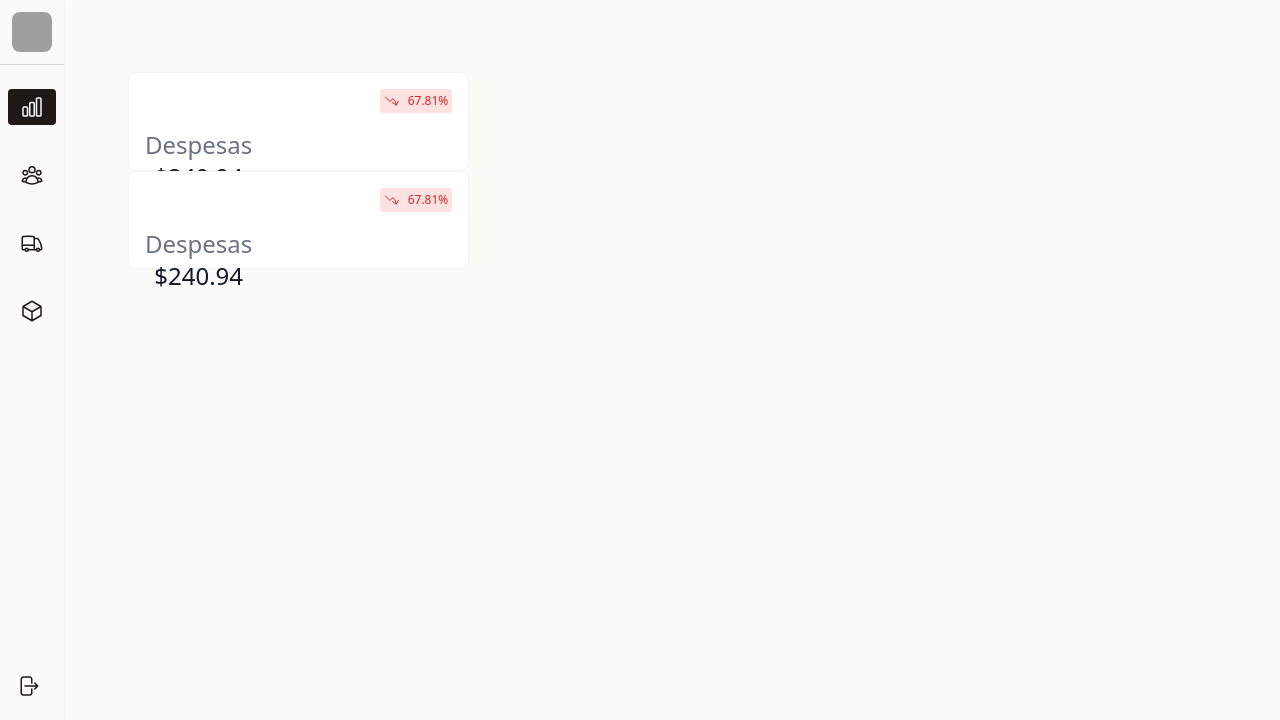
Repository: XavierOtavio/Cuzinhas
Page: /dashboard
The author's editor kept a copy of each file at every save. The page is drawn from the files as they stood at one save, then again after a run of saves.
The browser window is 1280 px wide. The pictures show the whole page.
Pictures or frames that could not be fetched are drawn as grey boxes. The project was rebuilt for these pictures with package versions that can differ from the ones it lists, and the page was loaded fresh each time. Also part of the build but not shown: src/components/Orders.js, src/components/Employees.js, src/components/Login.js, src/components/Register.js, src/components/Home.js, src/components/Logotipo.js, src/components/Header.js, src/components/Footer.js and 1 more.

Above is the page before, as saved 2023-03-08 18:39:44.

### src/App.js
import { Route, Routes } from "react-router-dom";
import LayoutBackend from "./components/LayoutBackend";
import Dashboard from "./components/Dashboard";
import Orders from "./components/Orders";
import Employees from "./components/Employees";
import Login from "./components/Login";
import Register from "./components/Register";
import Home from "./components/Home";
import LayoutFront from "./components/LayoutFront";

function App() {
  return (
    <div className="App">
      <Routes>
        <Route path="/dashboard" element={<LayoutBackend />}>
          <Route path="" element={<Dashboard />} />
          <Route path="orders" element={<Orders />} />
          <Route path="employees" element={<Employees />} />
        </Route>
        <Route path="" element={<LayoutFront />}>
          <Route path="/" element={<Home />} />
        </Route>
        <Route path="/login" element={<Login />} />
        <Route path="/register" element={<Register />} />
      </Routes>
    </div>
  );
}

export default App;

### src/components/LayoutBackend.js
import React from "react";
import SideBar from "./SideBar";
import { Outlet } from "react-router-dom";

export default function LayoutBackend() {
  return (
    <>
      <div className="absolute h-screen w-screen">
        <SideBar />
        <div className="relative flex h-full items-center justify-center bg-stone-50">
          <Outlet />
        </div>
      </div>
    </>
  );
}

### src/components/Dashboard.js
import React from "react";
import {
  ArrowTrendingUpIcon,
  ArrowTrendingDownIcon,
} from "@heroicons/react/24/outline";

export default function Dashboard() {
  return (
    <div className="absolute inset-0 mx-32 my-16 grid grid-cols-12 grid-rows-6">
      <div className="row-start-1 row-end-2 col-start-1 col-end-5">
        <button class="flex flex-col gap-4 rounded-lg border border-gray-100 bg-white w-full h-full my-2 p-4">
          <div class="inline-flex gap-2 self-end rounded bg-red-100 p-1 text-red-600">
            <ArrowTrendingDownIcon className="h-4 w-4" />
            <span class="text-xs font-medium"> 67.81% </span>
          </div>
          <div>
            <strong class="block text-left text-2xl font-medium text-gray-500">
              Despesas
            </strong>
            <p>
              <span class="text-2xl font-medium text-gray-900"> $240.94 </span>
            </p>
          </div>
        </button>
      </div>
      <div className="row-start-2 row-end-2 col-start-1 col-end-5">
        <button class="flex flex-col gap-4 rounded-lg border border-gray-100 bg-white w-full h-full my-2 p-4">
          <div class="inline-flex gap-2 self-end rounded bg-red-100 p-1 text-red-600">
            <ArrowTrendingDownIcon className="h-4 w-4" />
            <span class="text-xs font-medium"> 67.81% </span>
          </div>
          <div>
            <strong class="block text-left text-2xl font-medium text-gray-500">
              Despesas
            </strong>
            <p>
              <span class="text-2xl font-medium text-gray-900"> $240.94 </span>
            </p>
          </div>
        </button>
      </div>
    </div>
  );
}

### src/components/SideBar.js
import React from "react";
import { Link, useLocation } from "react-router-dom";
import {
  ArrowRightOnRectangleIcon,
  ChartBarIcon,
  CubeIcon,
  TruckIcon,
  UserGroupIcon,
} from "@heroicons/react/24/outline";

export default function SideBar() {
  const location = useLocation();
  return (
    <div className="absolute inset-y-0 left-0 z-10 w-16 shadow-sm bg-stone-50">
      <div>
        <div className="inline-flex h-16 w-16 items-center justify-center">
          <Link
            to="/profile"
            className="group relative flex justify-center rounded"
          >
            <img
              alt="user"
              className="rounded-lg h-10 w-10"
              src="https://cdn.discordapp.com/attachments/1082425024104894666/1082799435727253584/xSVMV6xD9Cf7K56wjeEF--1--2htnr.jpg"
            />
            <span className="absolute left-full text-left whitespace-nowrap top-1/2 ml-4 -translate-y-1/2 rounded bg-stone-900 px-2 py-1.5 text-xs font-medium text-stone-50 opacity-0 group-hover:opacity-100">
              Perfil <p className="font-light">Xavier Otávio</p>
            </span>
          </Link>
        </div>
        <div className="border-t border-stone-300">
          <nav aria-label="Main" className="flex flex-col p-2">
            <div className="py-4">
              <Link
                to="/dashboard"
                className={`group relative flex  justify-center rounded  px-2 py-1.5  ${
                  location.pathname === "/dashboard"
                    ? "bg-stone-900 text-stone-50"
                    : "bg-stone-50 text-stone-900"
                }`}
              >
                <ChartBarIcon className="h-6 w-6" />
                <span className="absolute left-full top-1/2 ml-4 -translate-y-1/2 rounded bg-stone-900 px-2 py-1.5 text-xs font-medium text-stone-50 opacity-0 group-hover:opacity-100">
                  Dashboard
                </span>
              </Link>
            </div>
            <div className="py-4">
              <Link
                to="/dashboard/employees"
                className={`group relative flex  justify-center rounded  px-2 py-1.5  ${
                  location.pathname === "/dashboard/employees"
                    ? "bg-stone-900 text-stone-50"
                    : "bg-stone-50 text-stone-900"
                }`}
              >
                <UserGroupIcon className="h-6 w-6" />
                <span className="absolute left-full top-1/2 ml-4 -translate-y-1/2 rounded bg-stone-900 px-2 py-1.5 text-xs font-medium text-stone-50 opacity-0 group-hover:opacity-100">
                  Empregados
                </span>
              </Link>
            </div>
            <div className="py-4">
              <Link
                to="/dashboard/orders"
                className={`group relative flex  justify-center rounded  px-2 py-1.5  ${
                  location.pathname === "/dashboard/orders"
                    ? "bg-stone-900 text-stone-50"
                    : "bg-stone-50 text-stone-900"
                }`}
              >
                <TruckIcon className="h-6 w-6" />
                <span className="absolute left-full top-1/2 ml-4 -translate-y-1/2 rounded bg-stone-900 px-2 py-1.5 text-xs font-medium text-stone-50 opacity-0 group-hover:opacity-100">
                  Encomendas
                </span>
              </Link>
            </div>
            <div className="py-4">
              <Link
                to="/dashboard/stock"
                className={`group relative flex  justify-center rounded  px-2 py-1.5  ${
                  location.pathname === "/dashboard/stock"
                    ? "bg-stone-900 text-stone-50"
                    : "bg-stone-50 text-stone-900"
                }`}
              >
                <CubeIcon className="h-6 w-6" />
                <span className="absolute left-full top-1/2 ml-4 -translate-y-1/2 rounded bg-stone-900 px-2 py-1.5 text-xs font-medium text-stone-50 opacity-0 group-hover:opacity-100">
                  Matérias-primas
                </span>
              </Link>
            </div>
            <div className="py-4 bottom-0 absolute">
              <Link
                to="/"
                className="group relative flex  justify-center rounded bg-stone-50 px-2 py-1.5 text-stone-900"
              >
                <ArrowRightOnRectangleIcon className="h-6 w-6" />
                <span className="absolute left-full top-1/2 ml-4 -translate-y-1/2 rounded bg-stone-900 px-2 py-1.5 text-xs font-medium text-stone-50 opacity-0 group-hover:opacity-100">
                  Sair
                </span>
              </Link>
            </div>
          </nav>
        </div>
      </div>
    </div>
  );
}

Loaded but not shown: public/index.html (common file); src/index.js (common file); src/index.css (common file); src/reportWebVitals.js (common file); tailwind.config.js (common file)

After the next 2 saves:
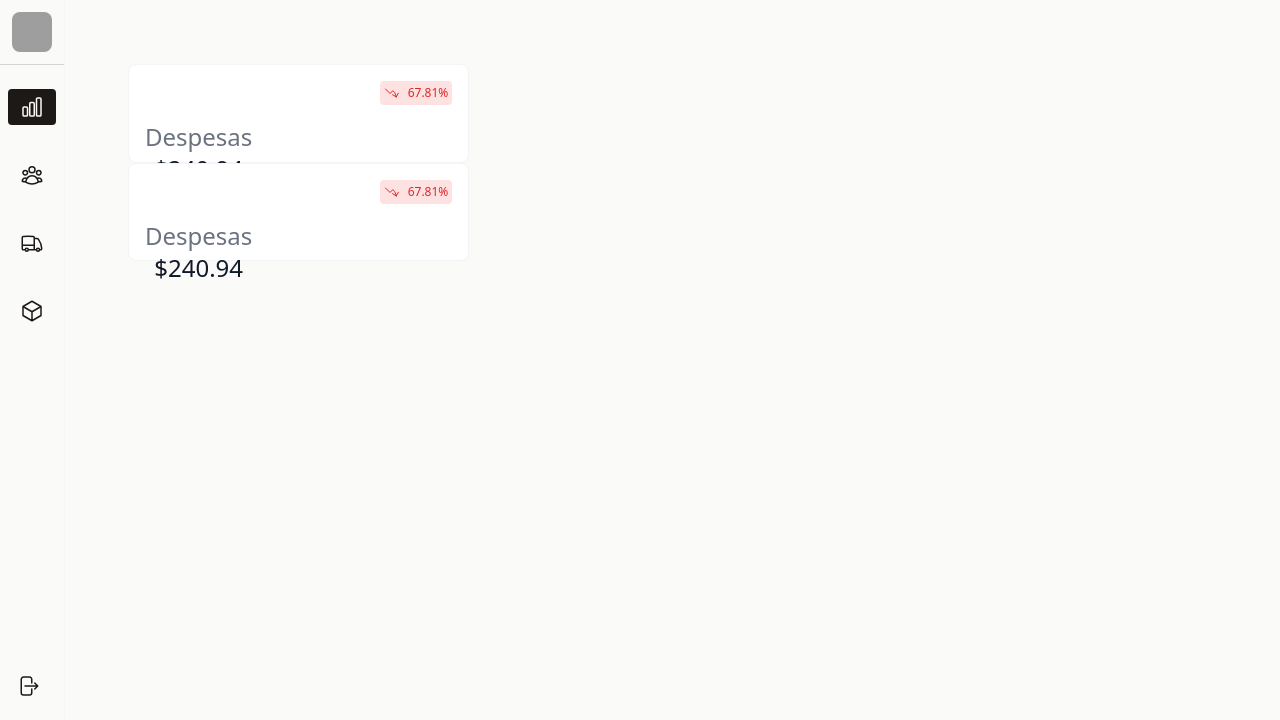
The 2 saves are shown as one change because they came seconds apart.
The last was saved 12 s later.
--- a/src/components/Dashboard.js
+++ b/src/components/Dashboard.js
@@ -8,7 +8,7 @@ export default function Dashboard() {
   return (
     <div className="absolute inset-0 mx-32 my-16 grid grid-cols-12 grid-rows-6">
       <div className="row-start-1 row-end-2 col-start-1 col-end-5">
-        <button class="flex flex-col gap-4 rounded-lg border border-gray-100 bg-white w-full h-full my-2 p-4">
+        <button class="flex flex-col gap-4 rounded-lg border border-gray-100 bg-white w-full h-full mb-2 p-4">
           <div class="inline-flex gap-2 self-end rounded bg-red-100 p-1 text-red-600">
             <ArrowTrendingDownIcon className="h-4 w-4" />
             <span class="text-xs font-medium"> 67.81% </span>
@@ -24,7 +24,7 @@ export default function Dashboard() {
         </button>
       </div>
       <div className="row-start-2 row-end-2 col-start-1 col-end-5">
-        <button class="flex flex-col gap-4 rounded-lg border border-gray-100 bg-white w-full h-full my-2 p-4">
+        <button class="flex flex-col gap-4 rounded-lg border border-gray-100 bg-white w-full h-full mb-2 p-4">
           <div class="inline-flex gap-2 self-end rounded bg-red-100 p-1 text-red-600">
             <ArrowTrendingDownIcon className="h-4 w-4" />
             <span class="text-xs font-medium"> 67.81% </span>
